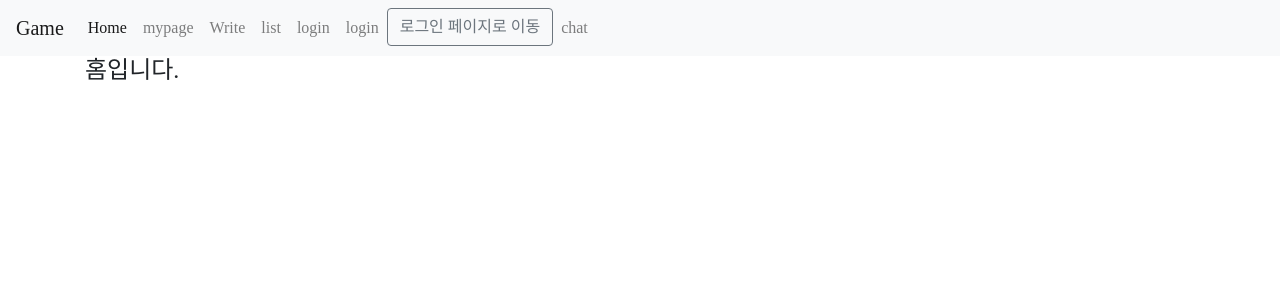
Repository: cyaninn-entj/Goorm-kdt-Project
Page: http://localhost/
The author's editor kept a copy of each file at every save. The page is drawn from the files as they stood at one save, then again after the next save.
The browser window is 1280 px wide. The pictures show the whole page.
The page is served by the project's Node server (server.js).

Above is the page before, as saved 2022-11-19 03:01:46.

After the next save:
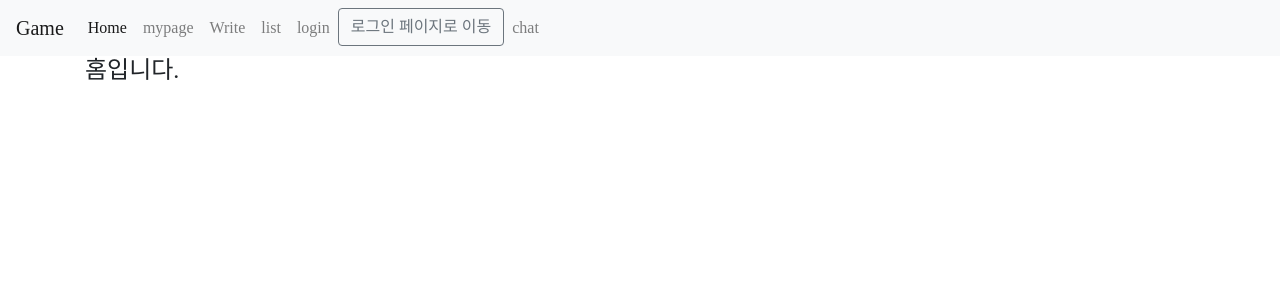
Saved 12 s later.
--- a/views/nav.html
+++ b/views/nav.html
@@ -26,9 +26,6 @@
         <a class="nav-link" href="/login">login</a>
       </li>
 
-      <li class="nav-item">
-        <a class="nav-link" href="/logout">login</a>
-      </li>
 
       <form action="/login" method="GET">
         <button type="submit" class="btn btn-outline-secondary backtologin" href="/login" action="/login" method="GET">로그인
